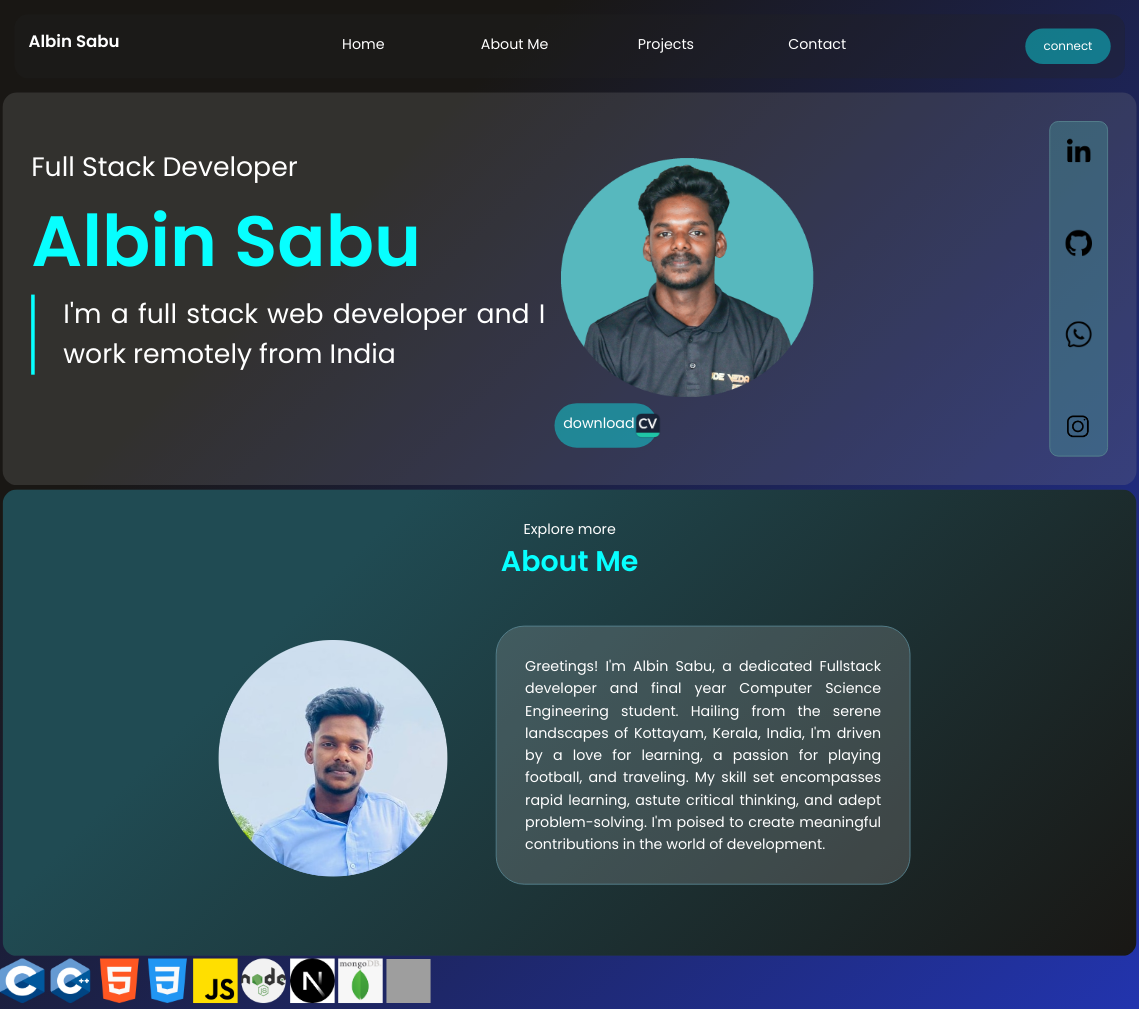
Repository: albinsabu2023/personalwebsite
Page: index.html
An editor plug-in stored every save of this project. The page is shown before and after the next save, followed by the edit.
The browser window is 1280 px wide. The pictures show the whole page, at 89% of full size.
Pictures or frames that could not be fetched are drawn as grey boxes.

Above is the page before, as saved 2023-09-03 19:15:42.

### index.html
<!DOCTYPE html>
<html lang="en">
<head>
    <meta charset="UTF-8">
    <meta name="viewport" content="width=device-width, initial-scale=1.0">
    <title>Document</title>
    <link rel="stylesheet" href="style.css">
    <link rel="stylesheet" href="media.css">
</head>
<body>
    <nav id="hero">
        <h3 class="title">Albin Sabu</h3>
        <ul>
            <li class><a href="#home">Home</a></li>
            <li><a href="#about">About Me</a></li>
            <li><a href="#project">Projects</a></li>
            <li><a href="#contact">Contact</a> </li>
        </ul>

        <button class="btn-connect">connect</button>
    </nav>
    <nav id="hamburger-nav">
        <div clas="logo"> ALBIN SABU</div>

        <button class="btn-connect">connect</button>
        <div class="hamburger-menu">
            <div class="hamburger-icon" onclick="toggleMenu()">
                <span></span>
                <span></span>
                <span></span>
            </div>

            <div class="menu-links">
                <li class><a href="#home" onclick="toggleMenu()">Home</a></li>
                <li><a href="#about" onclick="toggleMenu()">About Me</a></li>
                <li><a href="#project" onclick="toggleMenu()">Projects</a></li>
                <li><a href="#contact" onclick="toggleMenu()">Contact</a> </li>
            </div>

        </div>




    </nav>
    <div class="portfolio__body">
        <div id="home">

            <div class="profile__text">

                <p>Full Stack Developer</p>
                <h1>Albin Sabu</h1>
                <div class="profile__detail">
                    <span class="line"> </span>
                    <p class="profile__detail__p2">I'm a full stack web developer and I work remotely from India</p>

                </div>

            </div>
            <div class="profile__img">
                <img src="./assets/albin.png" class="profile" alt="profile">
                <div class="cv__btn" onclick="window.open('./assets/ALBIN SABU.pdf')">
                    <p>download</p>
                    <img src="./assets/cv.png" alt="cv" class="cv">
                </div>
            </div>

            <div class="profile__links">
                <img src="./assets/linkedin.png" alt="">
                <img src="./assets/github.png" alt="">
                <img src="./assets/whatsapp.png" alt="">
                <img src="./assets/insta.png" alt="">
            </div>
        </div>
        <div id="about">
            <div class="about__header">
                <p>Explore more</p>
                <h1 class="title">About Me</h1>
            </div>
            <div class="about__container">
                <div class="about__img">
                    <img src="./assets/about-pic.png" alt="">
                </div>
                <div class="about__details">
                    <p>Greetings! I'm Albin Sabu, a dedicated Fullstack developer and final year Computer Science Engineering
                        student. Hailing
                        from the serene landscapes of Kottayam, Kerala, India, I'm driven by a love for learning, a passion for
                        playing
                        football, and traveling. My skill set encompasses rapid learning, astute critical thinking, and adept
                        problem-solving.
                        I'm poised to create meaningful contributions in the world of development.</p>
                </div>
            </div>


        </div>
        <div id="skill">
            <div class="skill__container">
                <div class="skill__img">
                    <img src="./assets/c.png" alt="skill">
                    <img src="./assets/cpp.png" alt="skill">
                    <img src="./assets/html.png" alt="skill">
                    <img src="./assets/css-3.png" alt="skill">
                    <img src="./assets/js.png" alt="skill">
                    <img src="./assets/nodejs.png" alt="skill">
                    <img src="./assets/next.png" alt="skill">
                    <img src="./assets/mongodb.png" alt="skill">
                    <img src="./assets/React.png" alt="skill">

                </div>

            </div>

        </div>
    </div>

    <script src="index.js"></script>
</body>
</html>

### style.css
@import url('https://fonts.googleapis.com/css2?family=Poppins:ital,wght@0,300;0,400;0,500;0,600;1,300;1,500;1,600&display=swap');
*{
    margin:0;
    font-family: 'Poppins', sans-serif;

}
body{

    color: white;
    margin-top: 1rem;

    background-color: #2234ae;

    background-image: linear-gradient(315deg, #2234ae 0%, #191714 74%);

}
nav{
    position: sticky;
    z-index: 0;
    display: flex;
    padding: 1rem;
    margin: 1rem;
    background-color: rgba(34, 34, 34, 0.3);
    border-radius: 1rem;
    justify-content: space-between;

}

nav ul{
    list-style-type: none;
    display: flex;
    gap: 2rem;
    justify-content: space-between;



}


nav ul li{
    padding: 5px;
    border-radius: 1rem;
    text-align: center;
    width: 8rem;



}
nav ul li a{
    text-decoration: none;
    color: white;
}
nav ul li a:hover{
    color: rgb(7, 255, 255);
}

.btn-connect{
    background: rgb(7, 255, 255,0.4);
    border: none;
    color: white;
    padding: 10px;
    border-radius: 3rem;
    width: 6rem;

}
.btn-connect:hover{
    background: rgb(7, 255, 255, 0.6);
}

#home{

    padding: 2rem;
    /* border: #56828f 1px solid; */
    border-radius: 1rem;
    display: flex;
    margin: 3px;
    background: rgba(128, 128, 128, 0.24);
}

.line{
    border: rgb(7, 255, 255) 2px solid;

}
.profile__text{
    width: 50vw;
    object-fit: contain;
    text-align: justify;
    margin-top: 30px;
}
.profile__text p{
    font-size:30px ;
}
.profile__text h1{
    color: rgb(7, 255, 255);
    font-size:80px ;

}
.profile__detail{
    display: flex;
    flex-direction: col;
    gap: 2rem;

}
.profile__detail p{
    font-size: 30px;
}
.profile__img{
    width: 50%;
    align-items: center ;
    padding: 10px;
}
.profile__img img{
    height: 300px;
    width: 300px;
    position: relative;
}

.profile__links{

    align-items: center;
    justify-content: space-between;
    padding: 1rem;
    border-radius: 10px;
    display: flex;
    flex-direction: column;
    border: #56828f 1px solid;
    background:rgba(74, 153, 153, 0.4);

}

.cv__btn{
    display: flex;
}
.profile__img .cv__btn{
    background: rgb(7, 255, 255, 0.4);
        border: none;
        color: white;
        padding: 10px;
        border-radius: 3rem;
        width: 6rem;

}
.profile__img .cv__btn:hover{
    background: rgba(75, 243, 243, 0.7);
}
.profile__img .cv__btn img{
    width: 30px;
    height: 30px;
}
.profile__links img{
    height: 30px;
    width: 30px;
    display: flex;
    border-radius: 10px;
    padding: 1px;


}
#hamburger-nav {
    display: none;
    align-items: center;
}

.hamburger-menu {
    position: relative;
    display: inline-block;
}

.hamburger-icon {
    display: flex;
    flex-direction: column;
    justify-content: space-between;
    height: 24px;
    width: 30px;
    cursor: pointer;
}

.hamburger-icon span {
    width: 100%;
    height: 2px;
    background-color: rgb(255, 255, 255);
    transition: all 0.3 ease-in-out;
}

.menu-links {
    position: absolute;
    top: 100%;
    right: 0%;
    width: fit-content;
    max-height: 0;
    overflow: hidden;
    transition: all 0.3 ease-in-out;
}

.menu-links {
    display: block;

    text-align: center;
    font-size: 1.5rem;
    color: rgb(248, 243, 243);
    text-decoration: none;
    transform: all 0.3 ease-in-out;
    background: rgba(172, 172, 172, 0.24);
    border-radius: 1rem;
}

.menu-links li  {
    list-style-type: none;

}



.menu-links li a{
    text-decoration: none;
    color: white;

}

.menu-links.open {
    max-height: 300px;
}

.hamburger-icon.open span:first-child {
    transform: rotate(45deg) translate(10px, 5px);
}

.hamburger-icon.open span:nth-child(2) {
    opacity: 0;
}

.hamburger-icon.open span:last-child {
    transform: rotate(-45deg) translate(10px, -5px);
}

.hamburger-icon span:first-child {
    transform: none;
}

.hamburger-icon span:first-child {
    opacity: 1;
}

.hamburger-icon span:first-child {
    transform: none;
}


#about{
    margin: 3px;
    margin-top: 5px;
    padding: 2rem;
    /* border: #56828f 1px solid; */
    border-radius: 1rem;
    display: flex;
    flex-direction: column;
    background: rgba(128, 128, 128, 0.24);
    background-image: linear-gradient(315deg,  #191714 0%,#204b53 74%);
    background-repeat:none ;
    background-size: cover;
}
.about__header{
    display: flex;
    flex-direction: column;
    align-items: center;
    justify-content: center;
}
.about__header h1{
    color: rgb(7, 255, 255);
}
.about__container{
    padding: 1rem;
    display: flex;
    align-items: center;
   justify-content: center;

}
.about__container img {
        width: 300px;
        height: 280px;
        border-radius: 1rem;
        margin: 0;

}


.about__details{
    text-align: justify;
     padding:2rem ;
    max-width: 400px;
    background: rgba(172, 172, 172, 0.24);
    border-radius:2rem ;
    border: #56828f 1px solid;
    margin: 2rem;
}
 .about__container img {

     border-radius: 1rem;

 }
 .skill__container{
    display: flex;
    flex: wrap;
 }
 .skill__img img{
    width: 50px;
    height: 50px;
 }

### media.css
@media  screen and (max-width:600px) {
    body{
        background-size:cover;
    }

    #hero{
        display: none;
    }
    nav ul{
        flex-direction: column;
        display: none;


    }
    #home{
        margin: 4px;
        flex-direction: column;
        justify-content: center;


    }

    #hamburger-nav {
         display: flex;

    }

    .profile__text{
        width:80vw;
    }
    .profile__text p{
        font-size: small;
    }
    .profile__text h1{
        font-size: 60px;
    }

    .profile__img .cv__btn img{
    width: 30px;
    height: 30px;

    top: 36rem;
    }
    .profile__img .cv__btn:hover {
        background: none;
    }

    .profile__img img{
        padding: 3rem;
       width: 200px;
       height: 200px;
    }
    .profile__links{
        display: flex;
        flex-direction: row;
    }

        .profile__img .cv__btn p {
            display: none;

        }
        .profile__img .cv__btn{
            background: none;
        }
        .about__container{
            flex-direction: column;
        }
        .about__container img{
            width: 200px;
            height: 180px;
            border-radius: 1rem;
            margin: 0;
        }

        .about__details{
            width: 100%;
        }

        .about__details p {
            font-size: small;

        }


}

@media screen and (max-width:1200px){
    #home {
            margin: 4px;
            flex-direction: column;

        }
        .profile__links {
            display: flex;
            flex-direction: row;
        }

}
@media screen and (max-width:400px) {
    #home {
        margin: 4px;
        flex-direction: column;

    }

    .profile__links {
        display: flex;
        flex-direction: row;
        margin: 1rem;
    }
        .profile__img img {
            align-items: center;
        }
    .profile__img .cv__btn img {
        width: 30px;
        height: 30px;
        position: absolute;
        top: 36rem;
    }
    .profile__img .cv__btn p{
        display: none;
    }

}

Loaded but not shown: index.js (common file)

After the next save:
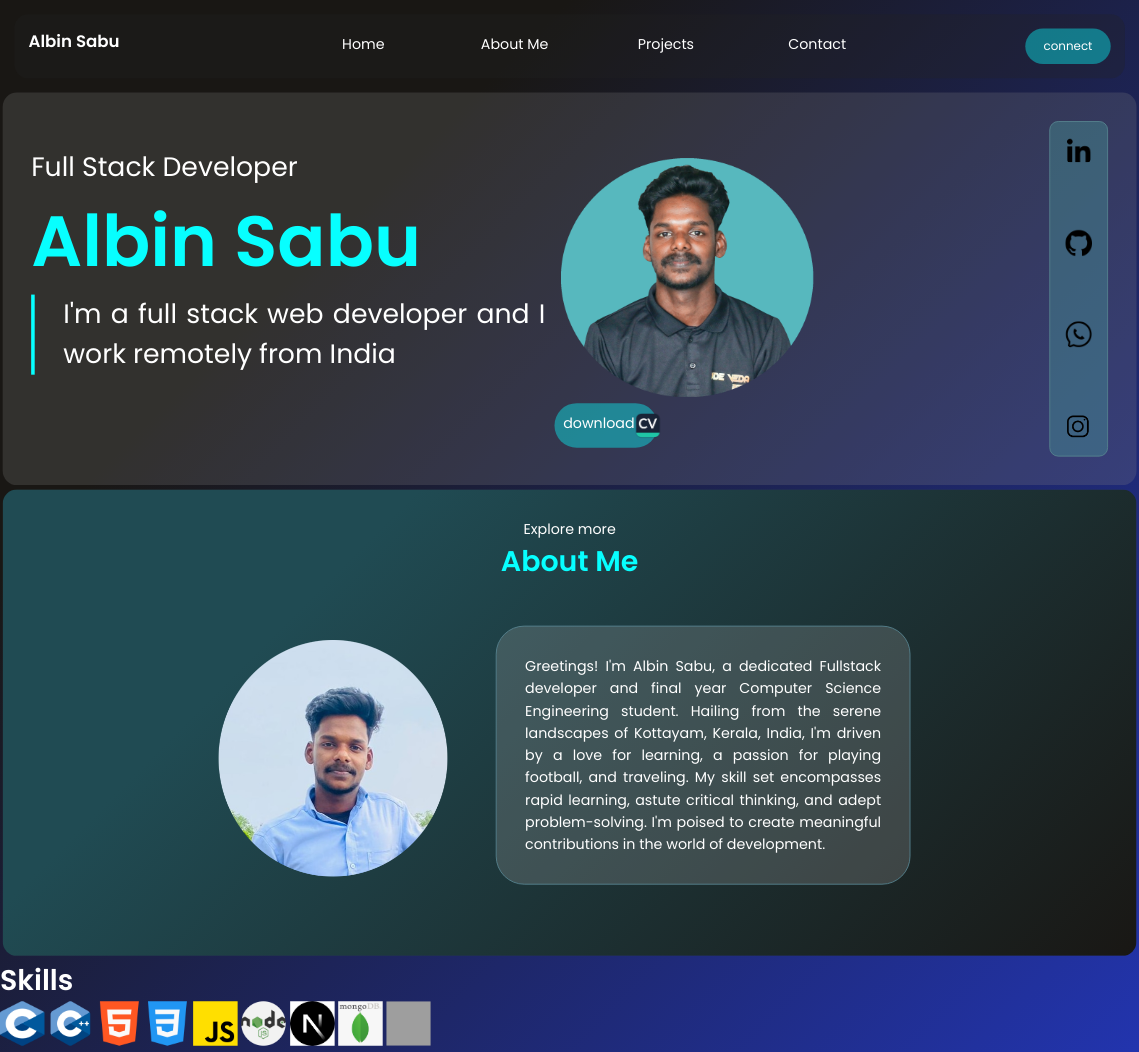
Saved 24 min 39 s later.
--- a/index.html
+++ b/index.html
@@ -95,6 +95,7 @@
 
         </div>
         <div id="skill">
+            <h1>Skills</h1>
             <div class="skill__container">
                 <div class="skill__img">
                     <img src="./assets/c.png" alt="skill">
